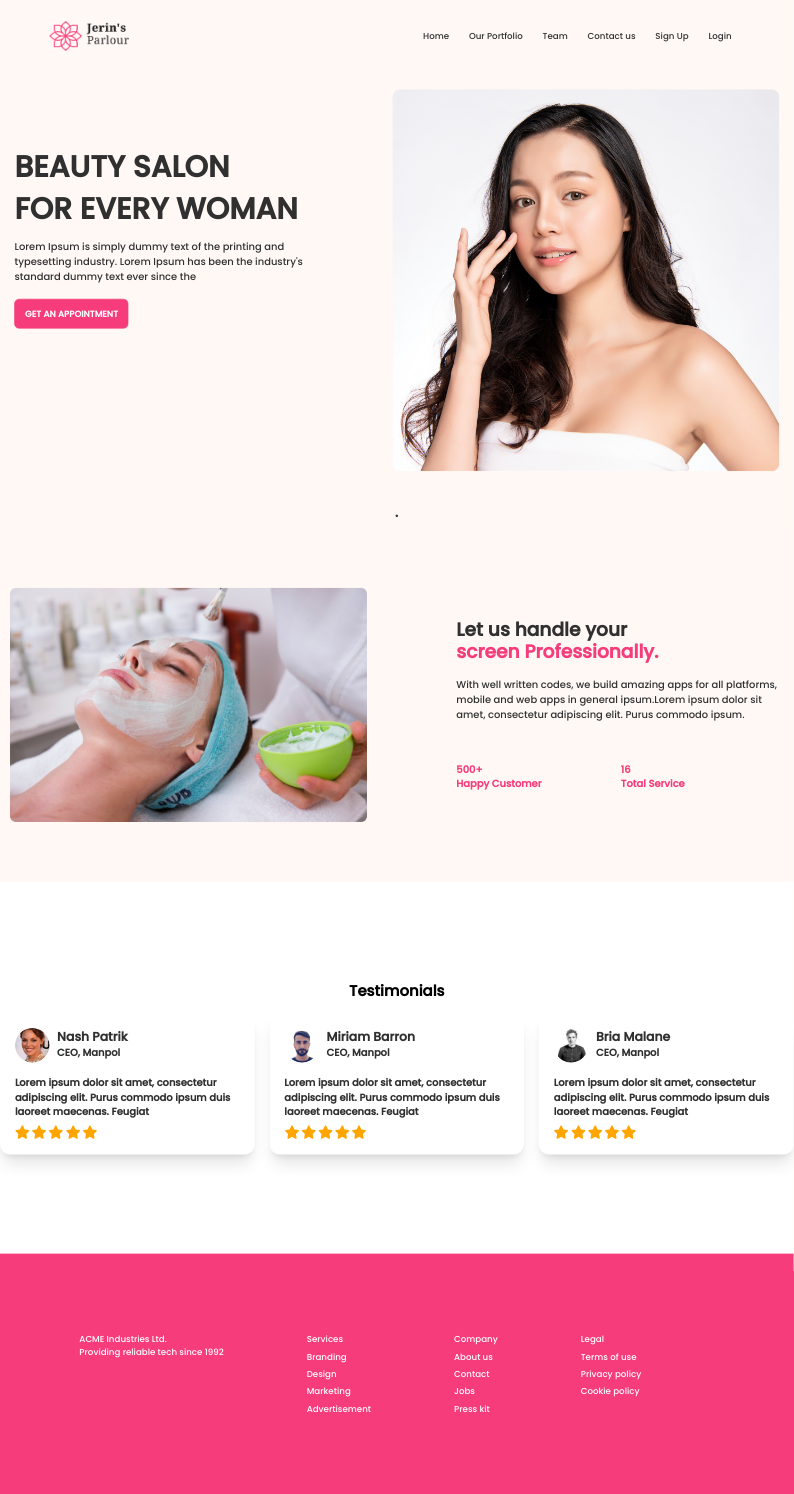
Repository: Wahid137/jerins-parlour-client
Page: /
The author's editor kept a copy of each file at every save. The page is drawn from the files as they stood at one save, then again after the next save.
The browser window is 1280 px wide. The pictures show the whole page, at 62% of full size.
The page's requests for data from a server got no answer. The project was rebuilt for these pictures with package versions that can differ from the ones it lists, and the page was loaded fresh each time. No one was signed in, and anything a server would have sent is missing. Also part of the build but not shown: src/App.css, src/Pages/Home/Services/ServicesCard.js.

Above is the page before, as saved 2023-07-16 05:03:39.

### public/index.html
<!DOCTYPE html>
<html lang="en">
  <head>
    <meta charset="utf-8" />
    <link rel="icon" href="%PUBLIC_URL%/favicon.ico" />
    <meta name="viewport" content="width=device-width, initial-scale=1" />
    <meta name="theme-color" content="#000000" />
    <meta
      name="description"
      content="Web site created using create-react-app"
    />
    <link rel="preconnect" href="https://fonts.googleapis.com">
    <link rel="preconnect" href="https://fonts.gstatic.com" crossorigin>
    <link href="https://fonts.googleapis.com/css2?family=Poppins:wght@500&display=swap" rel="stylesheet">
    <link rel="apple-touch-icon" href="%PUBLIC_URL%/logo192.png" />
    <!--
      manifest.json provides metadata used when your web app is installed on a
      user's mobile device or desktop. See https://developers.google.com/web/fundamentals/web-app-manifest/
    -->
    <link rel="manifest" href="%PUBLIC_URL%/manifest.json" />
    <!--
      Notice the use of %PUBLIC_URL% in the tags above.
      It will be replaced with the URL of the `public` folder during the build.
      Only files inside the `public` folder can be referenced from the HTML.

      Unlike "/favicon.ico" or "favicon.ico", "%PUBLIC_URL%/favicon.ico" will
      work correctly both with client-side routing and a non-root public URL.
      Learn how to configure a non-root public URL by running `npm run build`.
    -->
    <title>React App</title>
  </head>
  <body>
    <noscript>You need to enable JavaScript to run this app.</noscript>
    <div id="root"></div>
    <!--
      This HTML file is a template.
      If you open it directly in the browser, you will see an empty page.

      You can add webfonts, meta tags, or analytics to this file.
      The build step will place the bundled scripts into the <body> tag.

      To begin the development, run `npm start` or `yarn start`.
      To create a production bundle, use `npm run build` or `yarn build`.
    -->
  </body>
</html>

### src/index.js
import React from 'react';
import ReactDOM from 'react-dom/client';
import './index.css';
import App from './App';
import reportWebVitals from './reportWebVitals';
import { QueryClient, QueryClientProvider } from '@tanstack/react-query'


// Create a client
const queryClient = new QueryClient()

const root = ReactDOM.createRoot(document.getElementById('root'));
root.render(
  <React.StrictMode>
    <QueryClientProvider client={queryClient}>
      <App />
    </QueryClientProvider>
  </React.StrictMode>
);

// If you want to start measuring performance in your app, pass a function
// to log results (for example: reportWebVitals(console.log))
// or send to an analytics endpoint. Learn more: https://bit.ly/CRA-vitals
reportWebVitals();

### src/index.css
@tailwind base;
@tailwind components;
@tailwind utilities;

body {
  background-color: #FFF8F5;
  margin: 0;
  font-family: -apple-system, BlinkMacSystemFont, 'Segoe UI', 'Roboto', 'Oxygen',
    'Ubuntu', 'Cantarell', 'Fira Sans', 'Droid Sans', 'Helvetica Neue',
    sans-serif;
    font-family: 'Poppins', sans-serif;
  -webkit-font-smoothing: antialiased;
  -moz-osx-font-smoothing: grayscale;
}

code {
  font-family: source-code-pro, Menlo, Monaco, Consolas, 'Courier New',
    monospace;
}

### src/App.js
import logo from './logo.svg';
import './App.css';
import { RouterProvider } from 'react-router-dom';
import router from './Routes/Routes/Routes';
import { Toaster } from 'react-hot-toast';

function App() {
  return (
    <div className=" mx-auto">
      <RouterProvider router={router}></RouterProvider>
      <Toaster></Toaster>
    </div>
  );
}

export default App;

### src/Routes/Routes/Routes.js
const { createBrowserRouter } = require("react-router-dom");
const { default: Main } = require("../../Layout/Main");
const { default: Home } = require("../../Pages/Home/Home/Home");

const router = createBrowserRouter([
    {
        path: '/',
        element: <Main></Main>,
        children: [
            {
                path: '/',
                element: <Home></Home>
            }
        ]
    }
])
export default router;

### src/Layout/Main.js
import React from 'react';
import Navbar from '../Shared/Navbar/Navbar';
import { Outlet } from 'react-router-dom';
import Footer from '../Shared/Footer/Footer';

const Main = () => {
    return (
        <div>
            <Navbar></Navbar>
            <Outlet></Outlet>
            <Footer></Footer>
        </div>
    );
};

export default Main;

### src/Pages/Home/Home/Home.js
import React from 'react';
import Banner from '../Banner/Banner';
import Services from '../Services/Services';
import Screen from '../Screen/Screen';
import Testimonial from '../Testimonial/Testimonial';

const Home = () => {
    return (
        <div>
            <Banner></Banner>
            <Services></Services>
            <Screen></Screen>
            <Testimonial></Testimonial>
        </div>
    );
};

export default Home;

### src/Shared/Navbar/Navbar.js
import React from 'react';
import logo from '../../assets/logo.png';
import { Link } from 'react-router-dom';

const Navbar = () => {
    const menuItem = <>
        <li><Link to="/">Home</Link></li>
        <li><Link to="/portfolio">Our Portfolio</Link></li>
        <li><Link to="/team">Team</Link></li>
        <li><Link to="/dashboard">Contact us</Link></li>
        <li><Link to="/signup">Sign Up</Link></li>
        <li><Link to="/login">Login</Link></li>

    </>
    return (
        <div className="navbar flex justify-between px-20 pt-8">
            <div className="navbar-start">
                <div className="dropdown">
                    <label tabIndex={0} className="btn btn-ghost lg:hidden">
                        <svg xmlns="http://www.w3.org/2000/svg" className="h-5 w-5" fill="none" viewBox="0 0 24 24" stroke="currentColor"><path strokeLinecap="round" strokeLinejoin="round" strokeWidth="2" d="M4 6h16M4 12h8m-8 6h16" /></svg>
                    </label>
                    <ul tabIndex={1} className="menu menu-sm dropdown-content mt-3 z-[1] p-2 shadow bg-base-100 rounded-box w-52">
                        {menuItem}
                    </ul>
                </div>
                <Link to="/" className="w-32">
                    <img src={logo} alt="" />
                </Link>
            </div>
            <div className="navbar-center hidden lg:flex">
                <ul className="menu menu-horizontal px-1">
                    {menuItem}
                </ul>
            </div>
            <label htmlFor="dashboard-drawer" tabIndex={2} className="btn btn-ghost lg:hidden">
                <svg xmlns="http://www.w3.org/2000/svg" className="h-5 w-5" fill="none" viewBox="0 0 24 24" stroke="currentColor"><path strokeLinecap="round" strokeLinejoin="round" strokeWidth="2" d="M4 6h16M4 12h8m-8 6h16" /></svg>
            </label>

        </div>
    );
};

export default Navbar;

### src/Shared/Footer/Footer.js
import React from 'react';


const Footer = () => {
    return (
        <footer className="footer p-32 bg-primary text-white w-full max-w-full">
            <div>
                <p>ACME Industries Ltd.<br />Providing reliable tech since 1992</p>
            </div>
            <div>
                <span className=" text-white">Services</span>
                <a href="/" className="link link-hover">Branding</a>
                <a href="/" className="link link-hover">Design</a>
                <a href="/" className="link link-hover">Marketing</a>
                <a href="/" className="link link-hover">Advertisement</a>
            </div>
            <div>
                <span className="">Company</span>
                <a href="/" className="link link-hover">About us</a>
                <a href="/" className="link link-hover">Contact</a>
                <a href="/" className="link link-hover">Jobs</a>
                <a href="/" className="link link-hover">Press kit</a>
            </div>
            <div>
                <span className="">Legal</span>
                <a href="/" className="link link-hover">Terms of use</a>
                <a href="/" className="link link-hover">Privacy policy</a>
                <a href="/" className="link link-hover">Cookie policy</a>
            </div>
        </footer>
    );
};

export default Footer;

### src/Pages/Home/Banner/Banner.js
import React from 'react';
import woman from '../../../assets/images/woman.png';
import PrimaryButton from '../../../Components/PrimaryButton/PrimaryButton';

const Banner = () => {
    return (
        <div className="hero" >
            <div className="hero-content flex-col lg:flex-row-reverse min-h-screen">

                <img src={woman} className="rounded-lg lg:w-1/2" alt="" />

                <div className='lg:me-32 lg:-mt-32'>
                    <h1 className="text-5xl font-bold mt-0 mb-5">BEAUTY SALON</h1>
                    <h1 className="text-5xl font-bold">FOR EVERY WOMAN</h1>
                    <p className="py-6">Lorem Ipsum is simply dummy text of the printing and <br /> typesetting industry. Lorem Ipsum has been the industry's <br /> standard dummy text ever since the</p>
                    <PrimaryButton>Get an Appointment</PrimaryButton>
                </div>
            </div>
        </div>
    );
};

export default Banner;

### src/Pages/Home/Services/Services.js
import { useQuery } from '@tanstack/react-query';
import React from 'react';
import Loading from '../../../Shared/Loading/Loading';


import ServicesCard from './ServicesCard';
import PrimaryButton from '../../../Components/PrimaryButton/PrimaryButton';



const Services = () => {
    const { data: services = [], isLoading } = useQuery({
        queryKey: ['services'],
        queryFn: () => fetch('http://localhost:5000/services')
            .then(res => res.json())
    })


    if (isLoading) {
        return <Loading></Loading>;
    }

    return (
        <div className='p-0 my-10'>
            <div className='mx-auto mb-4 py-10 text-center w-1/2'>
                <p className='text-2xl font-bold'>Our Awesome <span className='text-primary'>Services</span></p>
            </div>
            <div className='grid gap-1 grid-cols-1 md:grid-cols-2 lg:grid-cols-3'>
                {
                    services.map(service => <ServicesCard
                        key={service._id}
                        service={service}
                    ></ServicesCard>)
                }
            </div>
            <div className='text-center mt-24'>
                <PrimaryButton >Explore More</PrimaryButton>
            </div>

        </div >
    );
};

export default Services;

### src/Pages/Home/Screen/Screen.js
import React from 'react';
import face from '../../../assets/images/face.png'

const Screen = () => {
    return (
        <div className="hero py-20 bg-secondary">
            <div className="hero-content flex-col lg:flex-row">
                <img src={face} className="max-w-xl rounded-lg" alt="" />
                <div className='lg:w-1/2 ms-32'>
                    <h1 className="text-3xl font-semibold">Let us handle your <br /><span className='text-primary'>screen Professionally.</span></h1>
                    <p className="py-6">With well written codes, we build amazing apps for all platforms, mobile and web apps in general ipsum.Lorem ipsum dolor sit amet, consectetur adipiscing elit. Purus commodo ipsum.</p>
                    <div className='flex pt-10'>
                        <div className='me-32'>
                            <p className='text-primary font-bold'>500+</p>
                            <p className='text-primary font-bold'>Happy Customer</p>
                        </div>
                        <div>
                            <p className='text-primary font-bold'>16</p>
                            <p className='text-primary font-bold'>Total Service</p>
                        </div>
                    </div>
                </div>
            </div>
        </div>
    );
};

export default Screen;

### src/Pages/Home/Testimonial/Testimonial.js
import React from 'react';
import ellipse1 from '../../../assets/images/Ellipse 90.png';
import ellipse2 from '../../../assets/images/Ellipse 91.png';
import ellipse3 from '../../../assets/images/Ellipse 92.png';
import TestimonialCard from './TestmonialCard';

const Testimonial = () => {
    const customersInformation = [
        {
            "customer_id": "01",
            "name": "Nash Patrik",
            "job": "CEO, Manpol",
            "quote": "Lorem ipsum dolor sit amet, consectetur adipiscing elit. Purus commodo ipsum duis laoreet maecenas. Feugiat ",
            "img": ellipse1,
            "rating": 5
        },
        {
            "customer_id": "02 ",
            "name": "Miriam Barron",
            "job": "CEO, Manpol",
            "quote": "Lorem ipsum dolor sit amet, consectetur adipiscing elit. Purus commodo ipsum duis laoreet maecenas. Feugiat ",
            "img": ellipse2,
            "rating": 5
        },
        {
            "customer_id": "03",
            "name": "Bria Malane",
            "job": "CEO, Manpol",
            "quote": "Lorem ipsum dolor sit amet, consectetur adipiscing elit. Purus commodo ipsum duis laoreet maecenas. Feugiat ",
            "img": ellipse3,
            "rating": 5
        }
    ]
    return (
        <div className='py-40 bg-base-100'>
            <div className='mx-auto mb-5 text-center w-1/2'>
                <p className='text-2xl font-bold text-black'>Testimonials</p>
            </div>
            <div className='grid gap-6 grid-cols-1 md:grid-cols-2 lg:grid-cols-3'>
                {
                    customersInformation.map(customerInformation => <TestimonialCard
                        key={customerInformation.customer_id}
                        customerInformation={customerInformation}
                    ></TestimonialCard>)
                }
            </div>
        </div>
    );
};

export default Testimonial;

### src/Components/PrimaryButton/PrimaryButton.js
import React from 'react';

const PrimaryButton = ({ children }) => {
    return (
        <button className="btn btn-primary text-white">{children}</button>
    );
};

export default PrimaryButton;

### src/Shared/Loading/Loading.js
import React from 'react';

const Loading = () => {
    return (
        <div className="flex items-center justify-center">
            <span className="loading loading-ring loading-lg"></span>
        </div>
    );
};

export default Loading;

### src/Pages/Home/Testimonial/TestmonialCard.js
import React from 'react';
import Rating from '../../../Shared/Rating/Rating';

const TestimonialCard = ({ customerInformation }) => {
    const { img, name, job, quote, rating } = customerInformation;
    return (
        <div className="p-6 card card-compact bg-base-100 shadow-xl">
            <div className='flex justify-between'>
                <div className='flex'>
                    <figure><img className="rounded-full w-14 h-14 me-3" src={img} alt="Shoes" /></figure>
                    <div>
                        <h2 className='text-xl font-bold'>{name}</h2>
                        <p className='font-semibold'>{job}</p>
                    </div>
                </div>
            </div>
            <div className="mt-5">
                <p className='font-semibold mb-2'>{quote}</p>
                <Rating stars={rating}></Rating>
            </div>
        </div>
    );
};

export default TestimonialCard;

### src/Shared/Rating/Rating.js
import React from 'react';
import { FaStar, FaStarHalfAlt } from "react-icons/fa";
import { AiOutlineStar } from "react-icons/ai";
import './Rating.css';

const Rating = ({ stars }) => {
    const ratingStar = Array.from({ length: 5 }, (elem, index) => {
        let numbers = index + 0.5;

        return (
            <span key={index}>
                {stars >= index + 1 ? (
                    <FaStar className='icon'></FaStar>
                ) : stars >= numbers ? (
                    <FaStarHalfAlt className='icon'></FaStarHalfAlt>
                ) : (
                    <AiOutlineStar className='icon'></AiOutlineStar>
                )}
            </span>
        )
    });
    return (

        <div className='icon-style'>
            {ratingStar}
        </div>

    );
};


export default Rating;

### src/Shared/Rating/Rating.css
.icon-style{
    display: flex;
    gap: 0.2rem;
    align-items: center;

}
.icon {
    width: 24px;
    height: 24px;
    color: orange;
}

### tailwind.config.js
/** @type {import('tailwindcss').Config} */
module.exports = {
  content: [
    "./src/**/*.{js,jsx,ts,tsx}",
  ],
  daisyui: {
    themes: [
      {
        parlourTheme: {
          primary: '#F63E7B',
          secondary: '#FFF8F5',
          accent: '##F4F7FC',
          neutral: '#3D4451',
          "base-100": '#FFFFFF',
        }
      }
    ]
  },
  theme: {
    extend: {},
  },
  plugins: [require("daisyui")],
}

Loaded but not shown: src/reportWebVitals.js (common file)

After the next save:
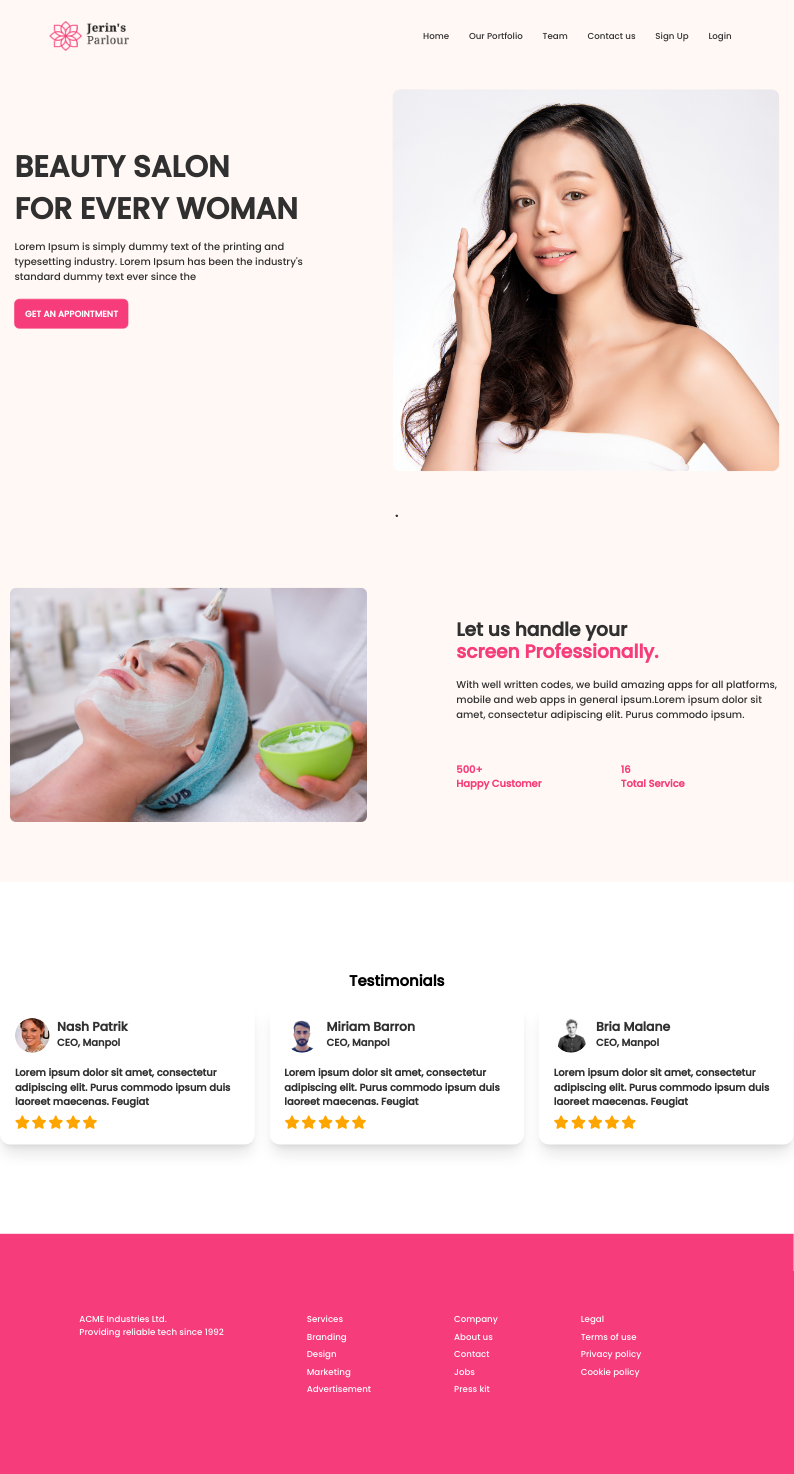
Saved 9 s later.
--- a/src/Pages/Home/Testimonial/Testimonial.js
+++ b/src/Pages/Home/Testimonial/Testimonial.js
@@ -32,7 +32,7 @@ const Testimonial = () => {
         }
     ]
     return (
-        <div className='py-40 bg-base-100'>
+        <div className='py-36 bg-base-100'>
             <div className='mx-auto mb-5 text-center w-1/2'>
                 <p className='text-2xl font-bold text-black'>Testimonials</p>
             </div>
